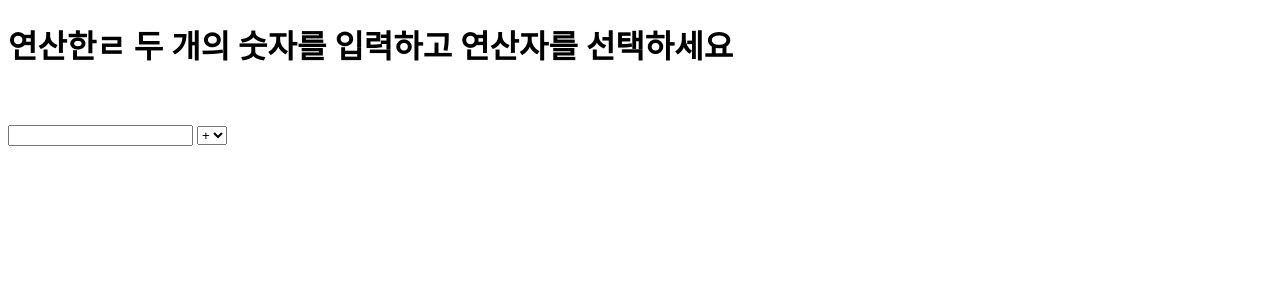
Repository: shashak23/spring_workspace
Page: springweb/src/main/webapp/resources/sample02/tlgk.html
The author's editor kept a copy of each file at every save. The page is drawn from the files as they stood at one save, then again after the next save.
The browser window is 1280 px wide. The pictures show the whole page.

Above is the page before, as saved 2023-02-24 06:36:05.

### springweb/src/main/webapp/resources/sample02/tlgk.html
<!DOCTYPE html>
<html>
<head>
<meta charset="UTF-8">
<title>Insert title here</title>
</head>
<body>
	<h1>연산한ㄹ 두 개의 숫자를 입력하고 연산자를 선택하세요</h1>
	<br><br>
	<form action="/springweb/cal.do" method="post">
		<input type="number" name="firstNum"  required="required">
		<select>
			<option> + <option>
			<option> - <option>
			<option> / <option>
			<option> * <option>
		</select>
	</form>

</body>
</html>

After the next save:
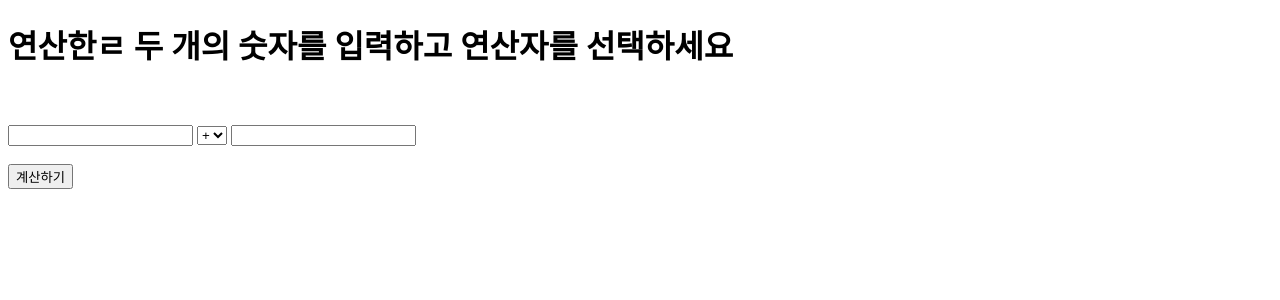
Saved 97 s later.
--- a/springweb/src/main/webapp/resources/sample02/tlgk.html
+++ b/springweb/src/main/webapp/resources/sample02/tlgk.html
@@ -8,13 +8,17 @@
 	<h1>연산한ㄹ 두 개의 숫자를 입력하고 연산자를 선택하세요</h1>
 	<br><br>
 	<form action="/springweb/cal.do" method="post">
-		<input type="number" name="firstNum"  required="required">
+	  <input type="number" name="firstNum"  required="required">
 		<select>
 			<option> + <option>
 			<option> - <option>
 			<option> / <option>
 			<option> * <option>
 		</select>
+		<input type="number" name="firstNum"  required="required">
+			<br><br>
+		<input type="submit" value="계산하기">
+
 	</form>
 
 </body>
